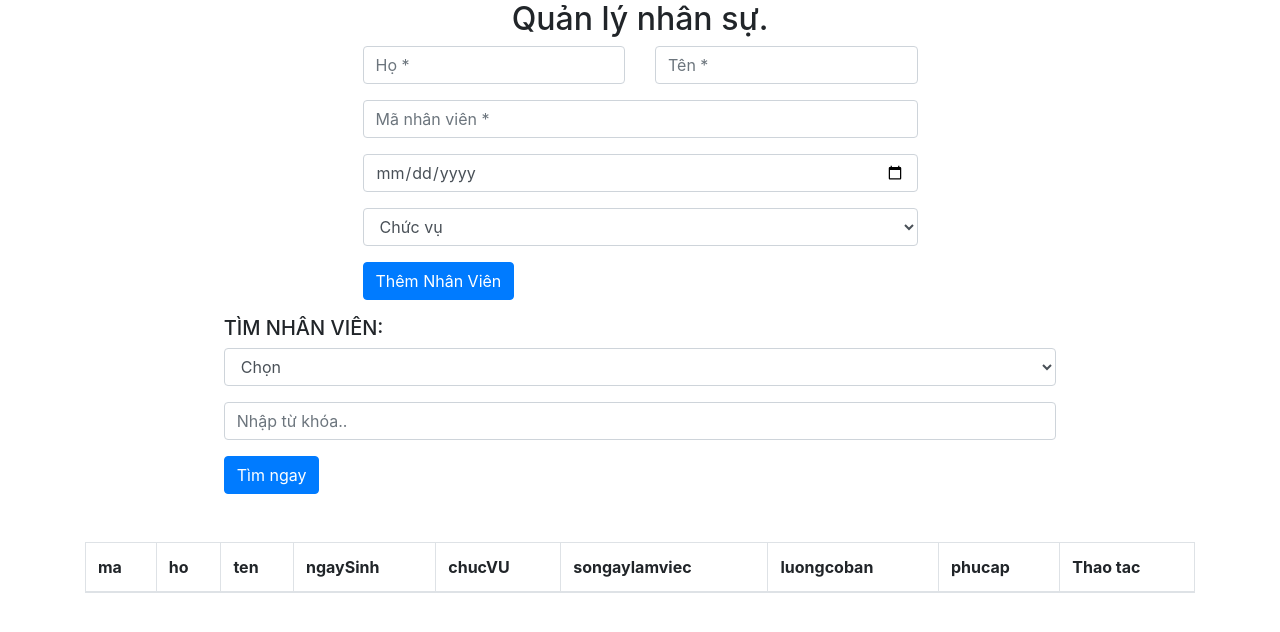
Repository: dovanthao2404/quanlynhanvien
Page: index.html
An editor plug-in stored every save of this project. The page is shown before and after the next save, followed by the edit.
The browser window is 1280 px wide. The pictures show the whole page.

Above is the page before, as saved 2021-06-30 17:23:05.

After the next save:
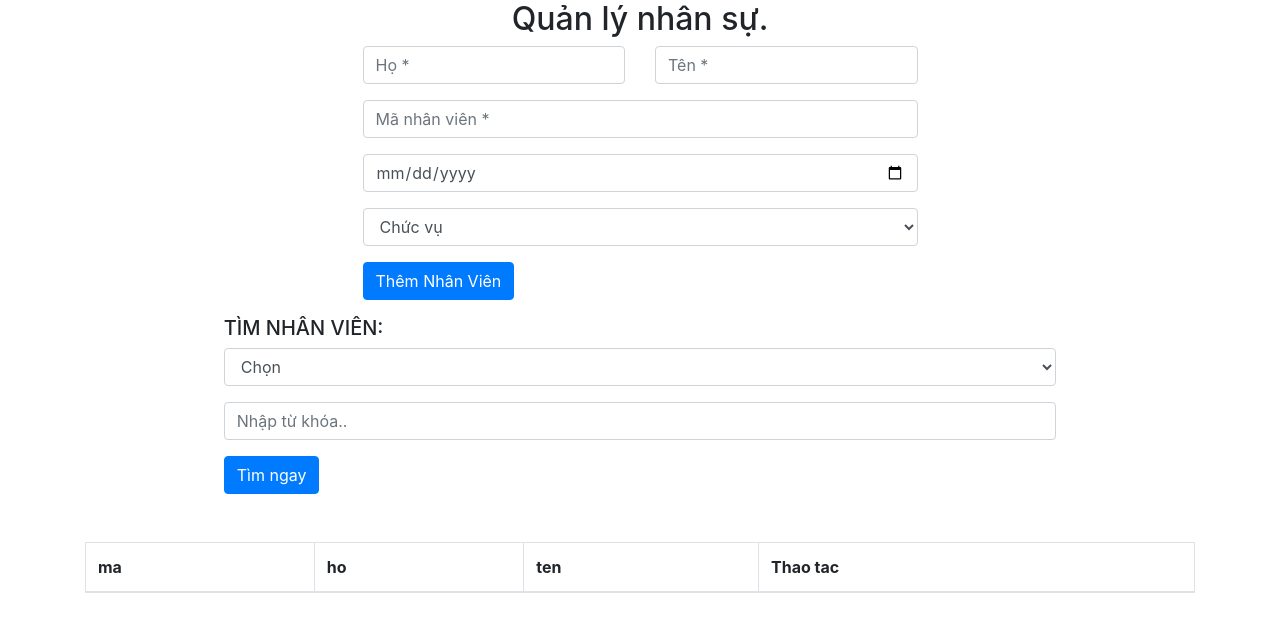
Saved 5 min 7 s later.
--- a/index.html
+++ b/index.html
@@ -99,11 +99,11 @@
           <th>ma</th>
           <th>ho</th>
           <th>ten</th>
-          <th>ngaySinh</th>
+          <!-- <th>ngaySinh</th>
           <th>chucVU</th>
           <th>songaylamviec</th>
           <th>luongcoban</th>
-          <th>phucap</th>
+          <th>phucap</th> -->
           <th>Thao tac</th>
         </thead>
         <tbody id="thetBody">
